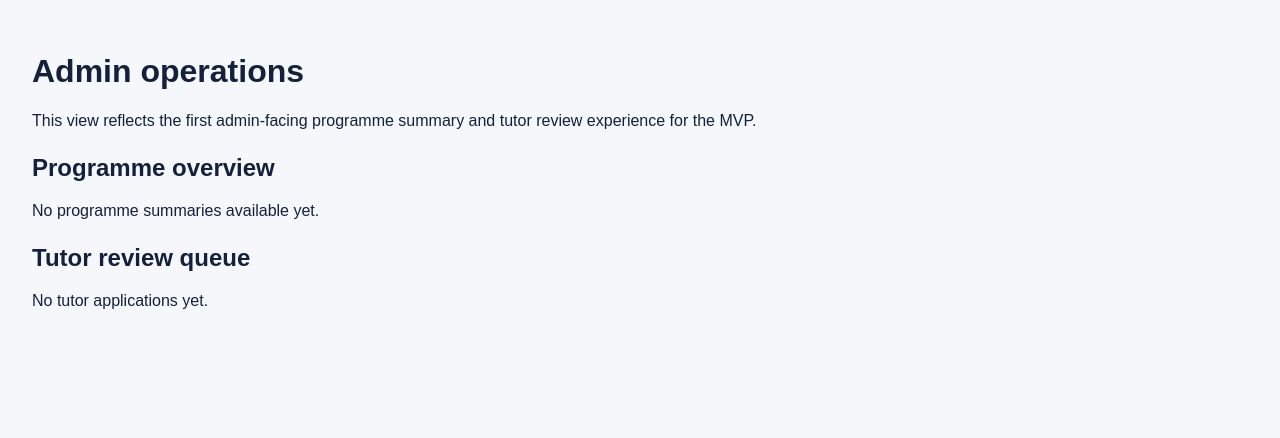
Repository: Teamthy/ykay-virtual
Page: /admin (app in apps/web/)
An editor plug-in stored every save of this project. The page is shown before and after the next save, followed by the edit.
The browser window is 1280 px wide. The pictures show the whole page.
The page's requests for data from a server got no answer. The project was rebuilt for these pictures with package versions that can differ from the ones it lists, and the page was loaded fresh each time. The framework's server and built-in components were replaced by stand-ins that run in the browser. No one was signed in, and anything a server would have sent is missing. Also part of the build but not shown: apps/web/next.config.js.

Above is the page before, as saved 2026-08-11 00:22:27.

After the next save:
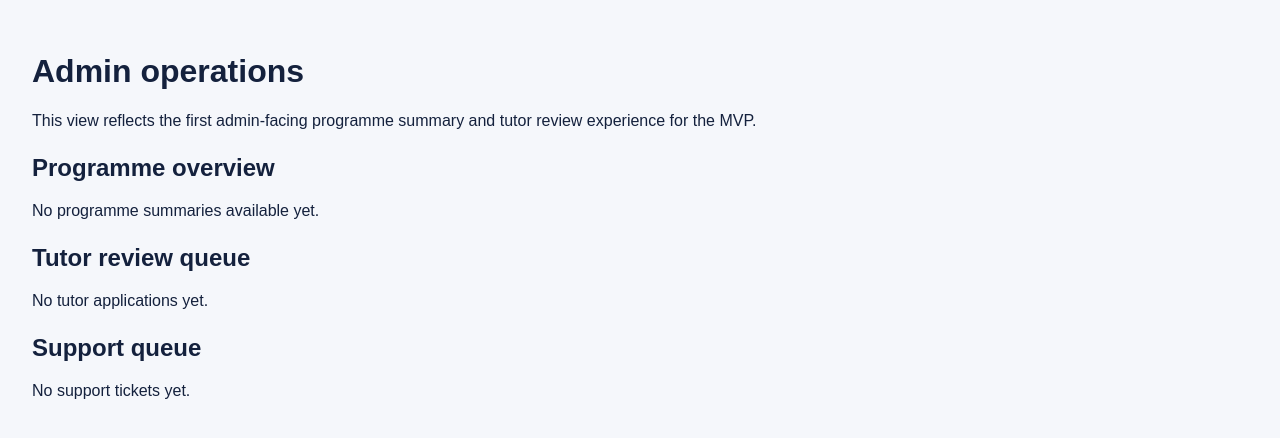
Saved 2 min 1 s later.
--- a/apps/web/app/admin/page.tsx
+++ b/apps/web/app/admin/page.tsx
@@ -18,9 +18,17 @@ type TutorProfile = {
     timezone: string;
 };
 
+type SupportTicket = {
+    id: string;
+    name: string;
+    subject: string;
+    status: string;
+};
+
 export default function AdminPage() {
     const [summaries, setSummaries] = useState<Summary[]>([]);
     const [tutors, setTutors] = useState<TutorProfile[]>([]);
+    const [tickets, setTickets] = useState<SupportTicket[]>([]);
 
     async function loadSummaries() {
         const response = await fetch('http://localhost:8080/api/v1/admin/programme-summaries');
@@ -40,9 +48,19 @@ export default function AdminPage() {
         setTutors(data.profiles ?? []);
     }
 
+    async function loadTickets() {
+        const response = await fetch('http://localhost:8080/api/v1/support/tickets');
+        if (!response.ok) {
+            return;
+        }
+        const data = await response.json();
+        setTickets(data.tickets ?? []);
+    }
+
     useEffect(() => {
         loadSummaries();
         loadTutors();
+        loadTickets();
     }, []);
 
     async function handleApprove(id: string) {
@@ -52,6 +70,15 @@ export default function AdminPage() {
             body: JSON.stringify({ status: 'APPROVED' }),
         });
         await loadTutors();
+    }
+
+    async function handleCloseTicket(id: string) {
+        await fetch(`http://localhost:8080/api/v1/support/tickets/status?id=${id}`, {
+            method: 'POST',
+            headers: { 'Content-Type': 'application/json' },
+            body: JSON.stringify({ status: 'CLOSED' }),
+        });
+        await loadTickets();
     }
 
     return (
@@ -99,6 +126,28 @@ export default function AdminPage() {
                     </ul>
                 )}
             </section>
+
+            <section style={{ marginTop: '1.5rem' }}>
+                <h2>Support queue</h2>
+                {tickets.length === 0 ? (
+                    <p>No support tickets yet.</p>
+                ) : (
+                    <ul style={{ display: 'grid', gap: '0.75rem', padding: 0, listStyle: 'none' }}>
+                        {tickets.map((ticket) => (
+                            <li key={ticket.id} style={{ border: '1px solid #d1d5db', borderRadius: '0.75rem', padding: '1rem' }}>
+                                <strong>{ticket.subject}</strong>
+                                <div>From: {ticket.name}</div>
+                                <div>Status: {ticket.status}</div>
+                                {ticket.status !== 'CLOSED' ? (
+                                    <button onClick={() => handleCloseTicket(ticket.id)} style={{ marginTop: '0.75rem' }}>
+                                        Close ticket
+                                    </button>
+                                ) : null}
+                            </li>
+                        ))}
+                    </ul>
+                )}
+            </section>
         </main>
     );
 }
